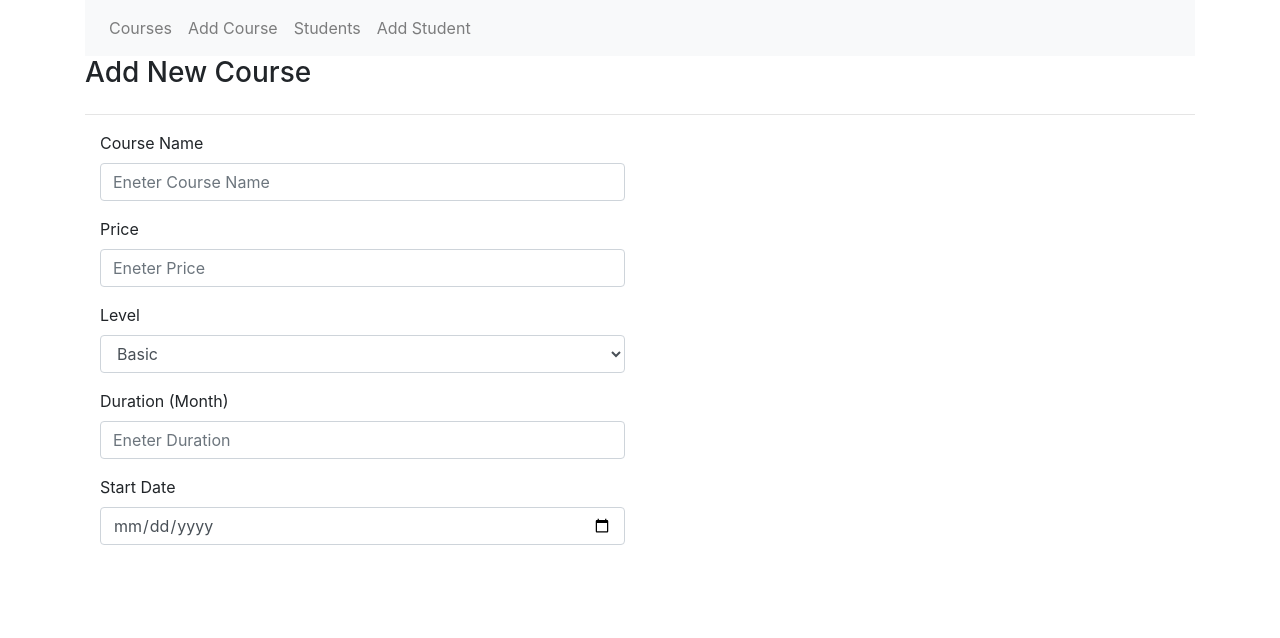
Repository: pyaephyotint22/Maven-Student-Course
Page: http://localhost/06-EL-JSTL/course-add.jsp
These files come from the project's save history. The page is drawn as it stood at one moment and after the next save; the edit follows.
The browser window is 1280 px wide. The pictures show the whole page.
The page is served by Tomcat 9.

Above is the page before, as saved 2020-12-20 09:41:32.

After the next save:
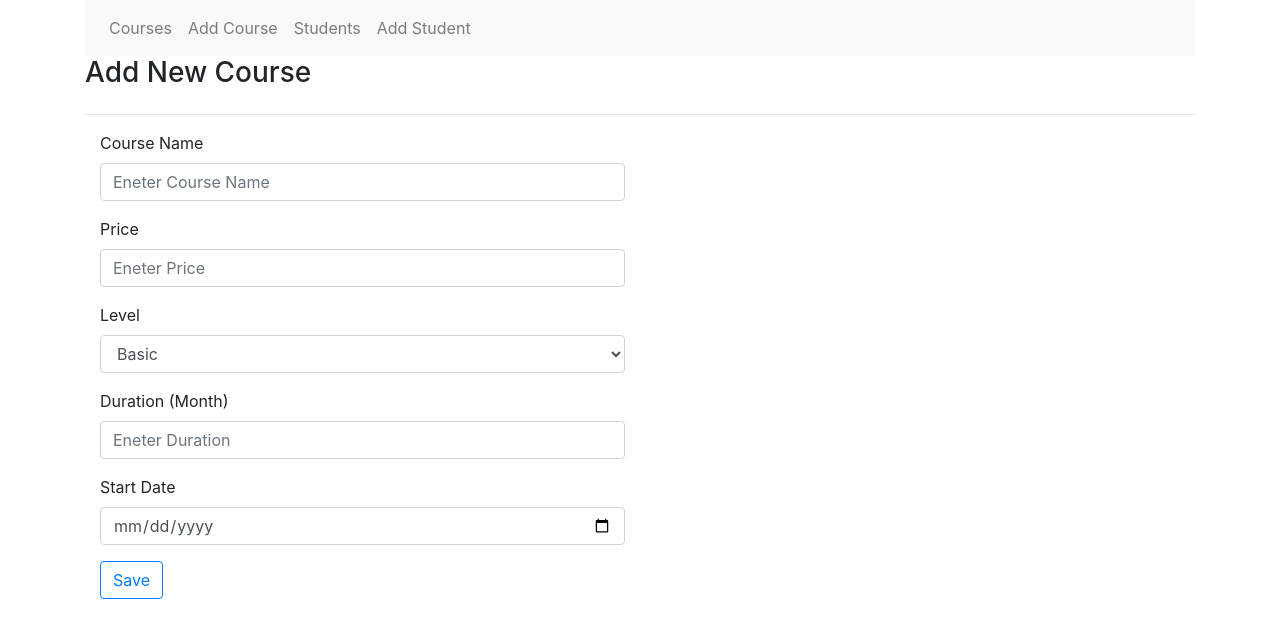
Saved 90 s later.
--- a/06-EL-JSTL/src/main/webapp/course-add.jsp
+++ b/06-EL-JSTL/src/main/webapp/course-add.jsp
@@ -44,6 +44,7 @@
 					<label>Start Date</label>
 					<input type="date" name="startdate" required="required"  class="form-control">
 				</div>
+				<button type="submit" class="btn btn-outline-primary">Save</button>
 				</form>
 			</div>
 		</div>
